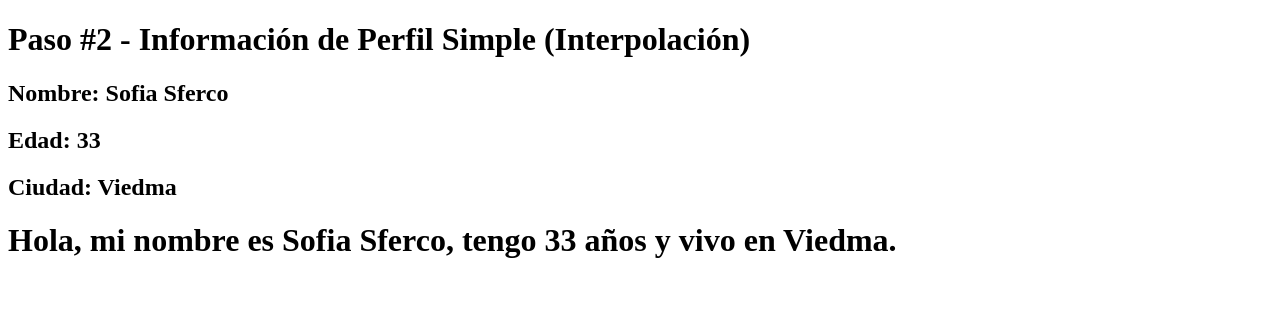
Repository: SofiaSferco/PWA-2026
Page: practico01/index.html
The author's editor kept a copy of each file at every save. The page is drawn from the files as they stood at one save, then again after a run of saves.
The browser window is 1280 px wide. The pictures show the whole page.

Above is the page before, as saved 2026-09-10 00:13:52.

### practico01/index.html
<!DOCTYPE html>
<html lang="en">
<head>
    <meta charset="UTF-8">
    <title>Practico 01</title>
    <script src="https://cdn.jsdelivr.net/npm/vue/dist/vue.js"></script>
</head>
<body>
    <div id="app">
        <h1>Paso #2 - Información de Perfil Simple (Interpolación)</h1>
        <h2>Nombre: {{nombre}}</h2>
        <h2>Edad: {{edad}}</h2>
        <h2>Ciudad: {{ciudad}}</h2>
        <h1>Hola, mi nombre es {{nombre}}, tengo {{edad}} años y vivo en {{ciudad}}.</h1>
    </div>
    <script>
       var app= new Vue({
           el: '#app',
           data: {
               nombre: 'Sofia Sferco',
               edad: 33,
               ciudad: 'Viedma',
           }
       })
    </script>
</body>
</html>

After the next 2 saves:
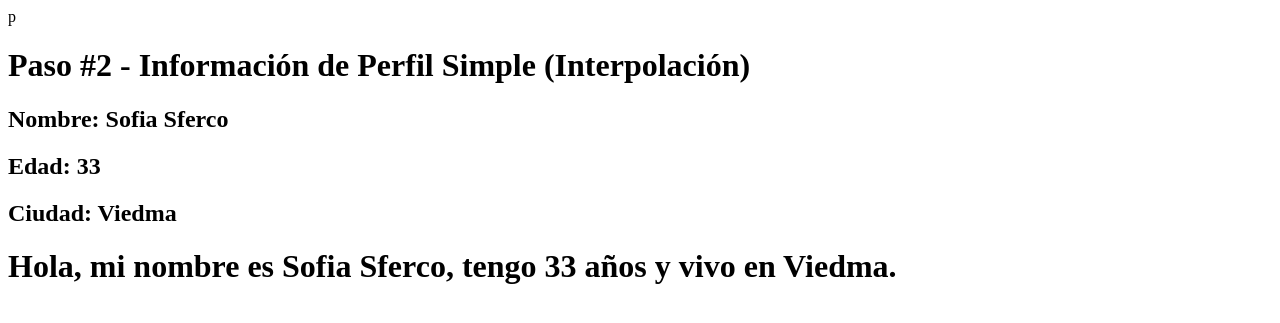
The 2 saves are shown as one change because they came seconds apart.
The last was saved 5 min 35 s later.
--- a/practico01/index.html
+++ b/practico01/index.html
@@ -7,6 +7,7 @@
 </head>
 <body>
     <div id="app">
+        p
         <h1>Paso #2 - Información de Perfil Simple (Interpolación)</h1>
         <h2>Nombre: {{nombre}}</h2>
         <h2>Edad: {{edad}}</h2>

After the save that followed:
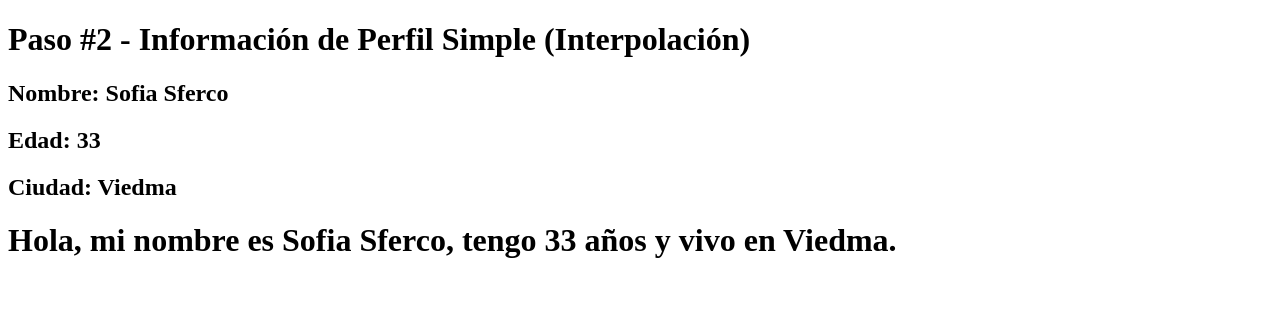
Saved 6 s later.
--- a/practico01/index.html
+++ b/practico01/index.html
@@ -7,7 +7,7 @@
 </head>
 <body>
     <div id="app">
-        p
+
         <h1>Paso #2 - Información de Perfil Simple (Interpolación)</h1>
         <h2>Nombre: {{nombre}}</h2>
         <h2>Edad: {{edad}}</h2>
